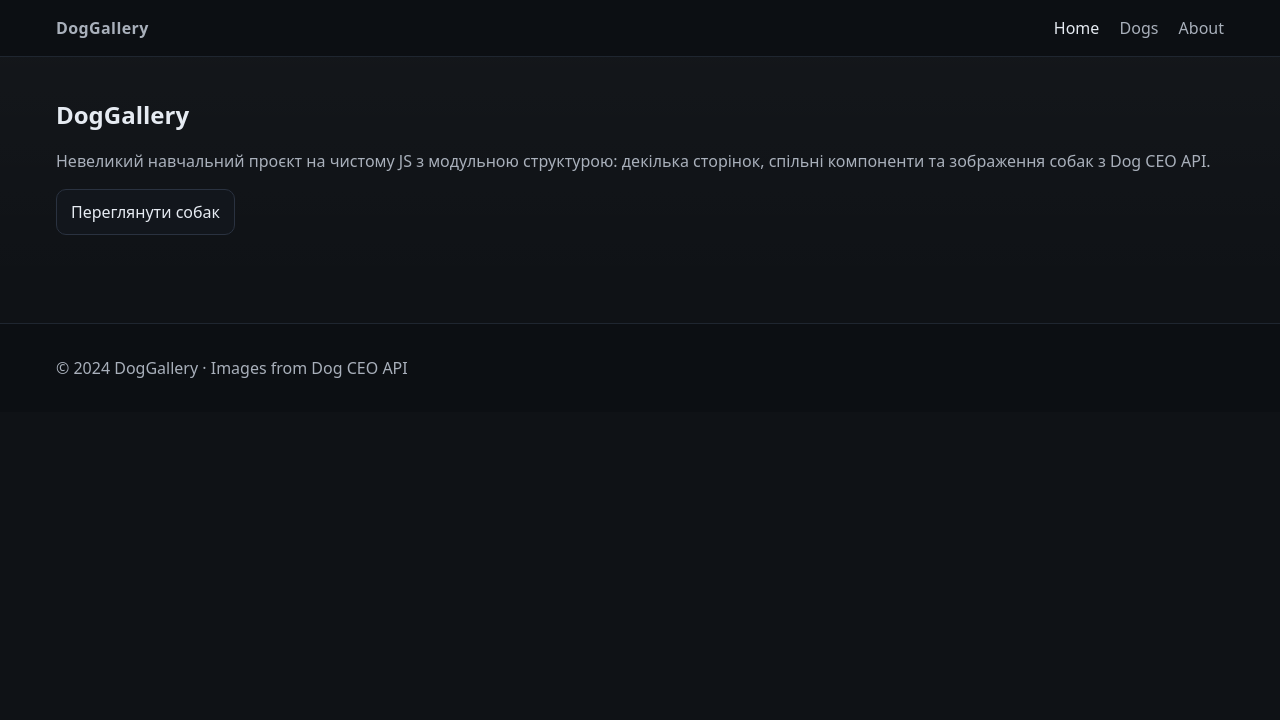
Repository: AndriiStoliarov/courses
Page: freelancerLifeStyle/summer-2025/lessons/lesson-24/lesson-24/згенеровані_додатки/test1/pages/index.html
These files come from the project's save history. The page is drawn as it stood at one moment and after the next save; the edit follows.
The browser window is 1280 px wide. The pictures show the whole page.

Above is the page before, as saved 2025-10-15 17:35:09.

### freelancerLifeStyle/summer-2025/lessons/lesson-24/lesson-24/згенеровані_додатки/test1/pages/index.html
<!DOCTYPE html>
<html lang="uk">
  <head>
    <meta charset="UTF-8" />
    <meta name="viewport" content="width=device-width, initial-scale=1.0" />
    <title>DogGallery · Home</title>
    <link rel="stylesheet" href="/css/base.css" />
    <link rel="stylesheet" href="/css/components.css" />
    <script type="module" src="/pages/index.js" defer></script>
    <link rel="icon" href="/assets/favicon.ico" />
    <meta name="description" content="Галерея собак з Dog CEO API" />
    <base href="/" />
    <style>
      .hero {
        background: linear-gradient(
          180deg,
          rgba(255, 255, 255, 0.02),
          rgba(0, 0, 0, 0)
        );
        padding: 24px 0;
      }
      .hero h1 {
        margin: 0 0 8px;
      }
    </style>
  </head>
  <body>
    <div id="app"></div>
  </body>
</html>

### freelancerLifeStyle/summer-2025/lessons/lesson-24/lesson-24/згенеровані_додатки/test1/css/base.css
/* CSS Reset and base variables */
*,
*::before,
*::after {
  box-sizing: border-box;
}
html,
body {
  margin: 0;
  padding: 0;
}
:root {
  --bg: #0f1216;
  --panel: #171b21;
  --text: #e6ebf2;
  --muted: #a9b0bb;
  --brand: #5ea1ff;
  --brand-600: #418dff;
  --danger: #ff6b6b;
  --radius: 12px;
  --shadow: 0 6px 24px rgba(0, 0, 0, 0.35);
  --maxw: 1200px;
}
body {
  background: var(--bg);
  color: var(--text);
  font-family: system-ui, -apple-system, Segoe UI, Roboto, Ubuntu, Cantarell,
    'Helvetica Neue', Arial, 'Noto Sans', sans-serif;
  line-height: 1.5;
}
a {
  color: var(--brand);
  text-decoration: none;
}
a:hover {
  color: var(--brand-600);
}

.container {
  max-width: var(--maxw);
  margin: 0 auto;
  padding: 16px;
}

#app {
  min-height: 100vh;
  display: flex;
  flex-direction: column;
}

.grid {
  display: grid;
  grid-template-columns: repeat(auto-fill, minmax(240px, 1fr));
  gap: 16px;
}

.card {
  background: var(--panel);
  border-radius: var(--radius);
  box-shadow: var(--shadow);
  overflow: hidden;
}

.sr-only {
  position: absolute;
  width: 1px;
  height: 1px;
  padding: 0;
  margin: -1px;
  overflow: hidden;
  clip: rect(0, 0, 0, 0);
  white-space: nowrap;
  border: 0;
}

header.site-header,
footer.site-footer {
  background: #0c0f13;
  border-bottom: 1px solid #1f2630;
}
footer.site-footer {
  border-top: 1px solid #1f2630;
  border-bottom: none;
}

.nav {
  display: flex;
  align-items: center;
  justify-content: space-between;
}
.nav a {
  margin-right: 16px;
}
.nav a:last-child {
  margin-right: 0;
}

.brand {
  font-weight: 700;
  letter-spacing: 0.4px;
  color: var(--text);
}

.main {
  padding: 24px 0;
  flex: 1;
}

.button {
  display: inline-flex;
  align-items: center;
  justify-content: center;
  padding: 10px 14px;
  border-radius: 10px;
  border: 1px solid #2a3240;
  background: #12161c;
  color: var(--text);
}
.button:hover {
  background: #161b22;
}

.muted {
  color: var(--muted);
}

.skeleton {
  background: linear-gradient(90deg, #1d242f 25%, #222a36 37%, #1d242f 63%);
  background-size: 400% 100%;
  animation: shimmer 1.2s ease-in-out infinite;
}
@keyframes shimmer {
  0% {
    background-position: 100% 0;
  }
  100% {
    background-position: 0 0;
  }
}

### freelancerLifeStyle/summer-2025/lessons/lesson-24/lesson-24/згенеровані_додатки/test1/css/components.css
.site-header .nav a.active {
  color: var(--text);
}
.site-header .nav a {
  color: var(--muted);
}

.dog-card {
  display: flex;
  flex-direction: column;
}
.dog-card img {
  width: 100%;
  height: 220px;
  object-fit: cover;
  display: block;
}
.dog-card .dog-card__body {
  padding: 12px;
}
.dog-card .dog-card__title {
  font-weight: 600;
  margin: 0 0 4px;
}
.dog-card .dog-card__subtitle {
  color: var(--muted);
  font-size: 14px;
  margin: 0;
}

.detail-hero {
  display: grid;
  grid-template-columns: 1fr;
  gap: 16px;
}
.detail-hero img {
  width: 100%;
  border-radius: var(--radius);
}
.detail-hero .meta {
  background: var(--panel);
  padding: 16px;
  border-radius: var(--radius);
}

@media (min-width: 800px) {
  .detail-hero {
    grid-template-columns: 1.2fr 0.8fr;
  }
}

### freelancerLifeStyle/summer-2025/lessons/lesson-24/lesson-24/згенеровані_додатки/test1/pages/index.js
import { Header } from '/components/Header.js'
import { Footer } from '/components/Footer.js'
import { Container } from '/components/Container.js'
import { mount } from '/utils/dom.js'

const app = document.getElementById('app')

const header = new Header('home')
const hero = (() => {
  const wrap = document.createElement('section')
  wrap.className = 'hero'
  wrap.innerHTML = `
    <div class="container">
      <h1>DogGallery</h1>
      <p class="muted">Невеликий навчальний проєкт на чистому JS з модульною структурою: декілька сторінок, спільні компоненти та зображення собак з Dog CEO API.</p>
      <p><a class="button" href="/pages/dogs.html">Переглянути собак</a></p>
    </div>`
  return wrap
})()
const footer = new Footer()

mount(app, header, hero, new Container(), footer)

### freelancerLifeStyle/summer-2025/lessons/lesson-24/lesson-24/згенеровані_додатки/test1/components/Header.js
export class Header {
  constructor(active = 'home') {
    this.active = active
  }
  render() {
    const nav = document.createElement('header')
    nav.className = 'site-header'
    nav.innerHTML = `
      <div class="container nav">
        <a class="brand" href="/pages/index.html">DogGallery</a>
        <nav>
          <a href="/pages/index.html" class="${
            this.active === 'home' ? 'active' : ''
          }">Home</a>
          <a href="/pages/dogs.html" class="${
            this.active === 'dogs' ? 'active' : ''
          }">Dogs</a>
          <a href="/pages/about.html" class="${
            this.active === 'about' ? 'active' : ''
          }">About</a>
        </nav>
      </div>`
    return nav
  }
}

### freelancerLifeStyle/summer-2025/lessons/lesson-24/lesson-24/згенеровані_додатки/test1/components/Footer.js
export class Footer {
  render() {
    const el = document.createElement('footer')
    el.className = 'site-footer'
    const year = new Date().getFullYear()
    el.innerHTML = `
      <div class="container">
        <p class="muted">© ${year} DogGallery · Images from Dog CEO API</p>
      </div>`
    return el
  }
}

### freelancerLifeStyle/summer-2025/lessons/lesson-24/lesson-24/згенеровані_додатки/test1/components/Container.js
export class Container {
  constructor(children = []) {
    this.children = children
  }
  render() {
    const el = document.createElement('div')
    el.className = 'container'
    for (const child of this.children) {
      if (child instanceof HTMLElement) el.appendChild(child)
      else if (child && typeof child.render === 'function')
        el.appendChild(child.render())
      else if (typeof child === 'string')
        el.insertAdjacentHTML('beforeend', child)
    }
    return el
  }
}

### freelancerLifeStyle/summer-2025/lessons/lesson-24/lesson-24/згенеровані_додатки/test1/utils/dom.js
export function mount(target, ...nodes) {
  const container =
    typeof target === 'string' ? document.querySelector(target) : target
  if (!container) return
  for (const node of nodes) {
    if (!node) continue
    if (node instanceof HTMLElement) container.appendChild(node)
    else if (node && typeof node.render === 'function')
      container.appendChild(node.render())
    else if (typeof node === 'string')
      container.insertAdjacentHTML('beforeend', node)
  }
}

export function qs(selector, root = document) {
  return root.querySelector(selector)
}
export function qsa(selector, root = document) {
  return Array.from(root.querySelectorAll(selector))
}

export function getParam(name) {
  const url = new URL(window.location.href)
  return url.searchParams.get(name)
}

After the next save:
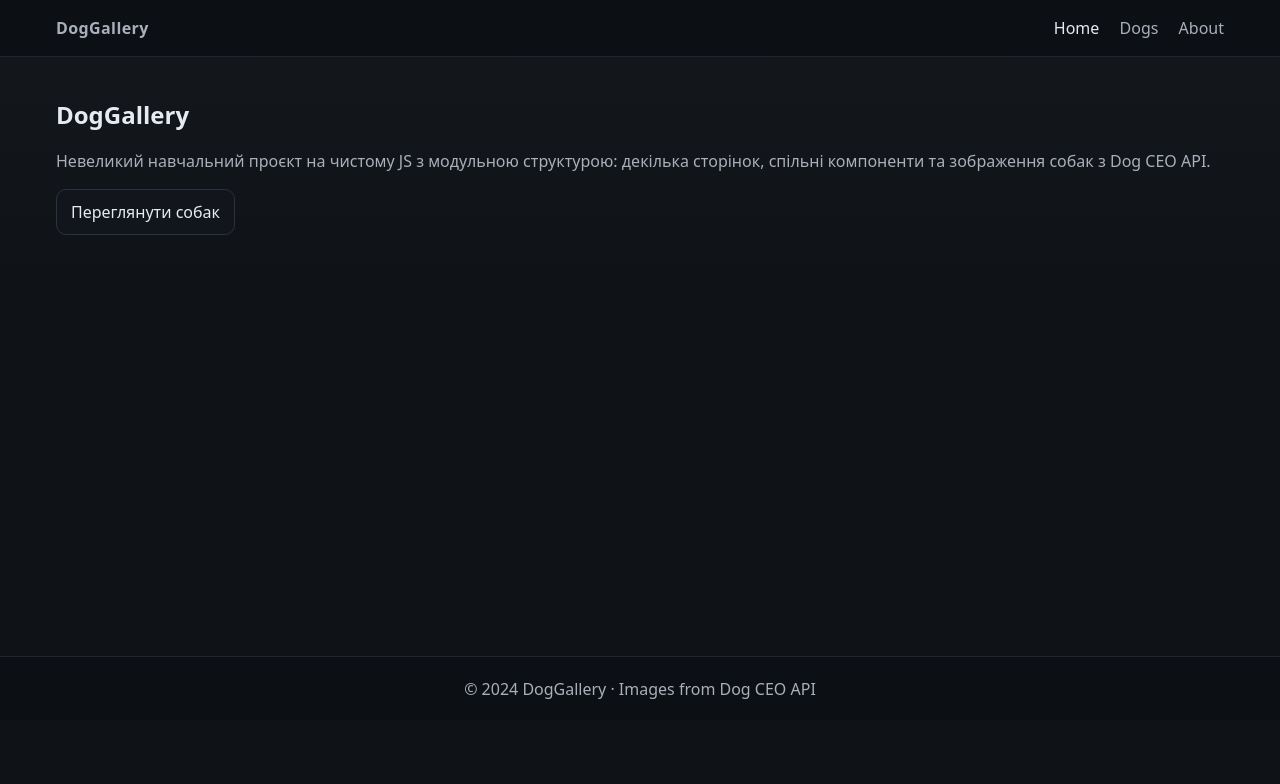
Saved 2 min 28 s later.
--- a/freelancerLifeStyle/summer-2025/lessons/lesson-24/lesson-24/згенеровані_додатки/test1/css/base.css
+++ b/freelancerLifeStyle/summer-2025/lessons/lesson-24/lesson-24/згенеровані_додатки/test1/css/base.css
@@ -20,6 +20,7 @@ body {
   --radius: 12px;
   --shadow: 0 6px 24px rgba(0, 0, 0, 0.35);
   --maxw: 1200px;
+  --footer-h: 64px;
 }
 body {
   background: var(--bg);
@@ -27,6 +28,7 @@ body {
   font-family: system-ui, -apple-system, Segoe UI, Roboto, Ubuntu, Cantarell,
     'Helvetica Neue', Arial, 'Noto Sans', sans-serif;
   line-height: 1.5;
+  padding-bottom: var(--footer-h);
 }
 a {
   color: var(--brand);
@@ -81,6 +83,14 @@ footer.site-footer {
 footer.site-footer {
   border-top: 1px solid #1f2630;
   border-bottom: none;
+  position: fixed;
+  left: 0;
+  right: 0;
+  bottom: 0;
+  height: var(--footer-h);
+  display: flex;
+  align-items: center;
+  z-index: 10;
 }
 
 .nav {
